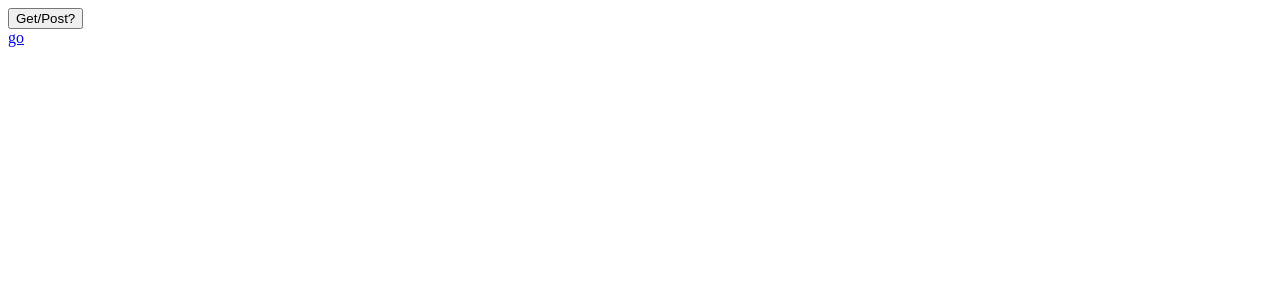
Repository: WonHwiAhn/JAVAClass
Page: ReviewEx/WebContent/NewFile.html
An editor plug-in stored every save of this project. The page is shown before and after the next save, followed by the edit.
The browser window is 1280 px wide. The pictures show the whole page.

Above is the page before, as saved 2018-01-30 01:28:12.

After the next save:
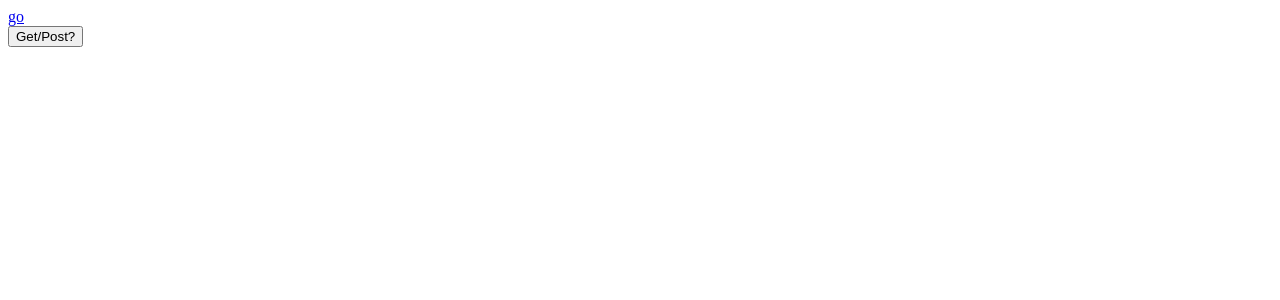
Saved 33 s later.
--- a/ReviewEx/WebContent/NewFile.html
+++ b/ReviewEx/WebContent/NewFile.html
@@ -6,9 +6,9 @@
 </head>
 <body>
 	<!-- action에는 url-pattern을 적어준다. -->
+	<div><a href="http://localhost:8080/ReviewEx/test1">go</a></div>
 	<form action="test1" method="post">
 		<input type="submit" value="Get/Post?">
 	</form>
-	<div><a href="http://localhost:8080/ReviewEx/test1">go</a></div>
 </body>
 </html>
